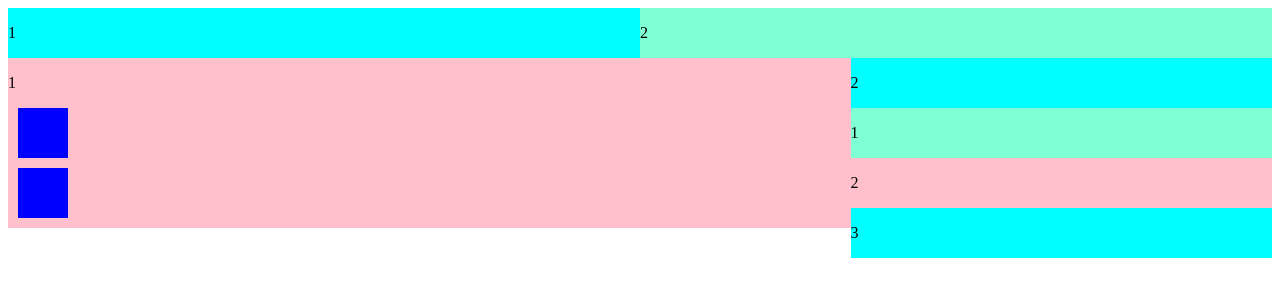
Repository: motiejus1/06-paskaita-invest
Page: dubudai.html
An editor plug-in stored every save of this project. The page is shown before and after the next save, followed by the edit.
The browser window is 1280 px wide. The pictures show the whole page.

Above is the page before, as saved 2021-06-09 20:27:32.

### dubudai.html
<!DOCTYPE html>
<html lang="en">
<head>
    <meta charset="UTF-8">
    <meta http-equiv="X-UA-Compatible" content="IE=edge">
    <meta name="viewport" content="width=device-width, initial-scale=1.0">
    <title>Document</title>
    <style>
        * {
            box-sizing: border-box;
        }

        .col-1 {
            width: 8.33%;
        }

        .col-2 {
            width: 16.66%;
        }

        .col-3 {
            width: 25%;
        }

        .col-4 {
            width: 33.33%;
        }

        .col-5 {
            width: 41.66%;
        }

        .col-6 {
            width: 50%;
        }

        .col-7 {
            width: 58.33%;
        }

        .col-8 {
            width: 66.66%;
        }

        .col-9 {
            width:75%;
        }

        .col-10 {
            width: 83.33%;
        }

        .col-11 {
            width: 91.66%;
        }

        .col-12 {
            width: 100%;
        }

        [class*="col-"] {

            float:left;
        }

        .zydra {
            background-color:aqua;
        }

        .zalsva {
            background-color: aquamarine;
        }

        .rozine {
            background-color: pink;
        }

        .kvadratelis {
            width: 50px;
            height: 50px;
            background-color: blue;
            margin: 10px;
        }
    </style>
</head>
<body>
    <div class="container">
        <div class="row">
            <div class="col-6 zydra">
                <p>1</p>
            </div>
            <div class="col-6 zalsva">
                <p>2</p>
            </div>
        </div>
        <div class="row">
            <div class="col-8 rozine">
                <p>1</p>
                <div class="kvadratelis"></div>
                <div class="kvadratelis"></div>
            </div>
            <div class="col-4 zydra">
                <p>2</p>
            </div>
        </div>
        <div class="row">
            <div class="col-4 zalsva">
                <p>1</p>
            </div>
            <div class="col-4 rozine">
                <p>2</p>
            </div>
            <div class="col-4 zydra">
                <p>3</p>
            </div>
        </div>
    </div>

</body>
</html>

After the next save:
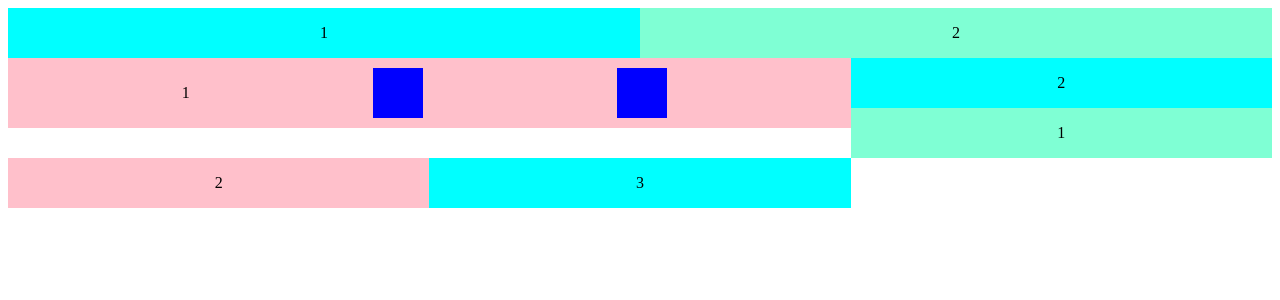
Saved 6 s later.
--- a/dubudai.html
+++ b/dubudai.html
@@ -59,7 +59,9 @@
         }
 
         [class*="col-"] {
-
+            display:flex;
+               justify-content: space-evenly;
+               align-items: center;
             float:left;
         }
 

After the 3 saves that followed:
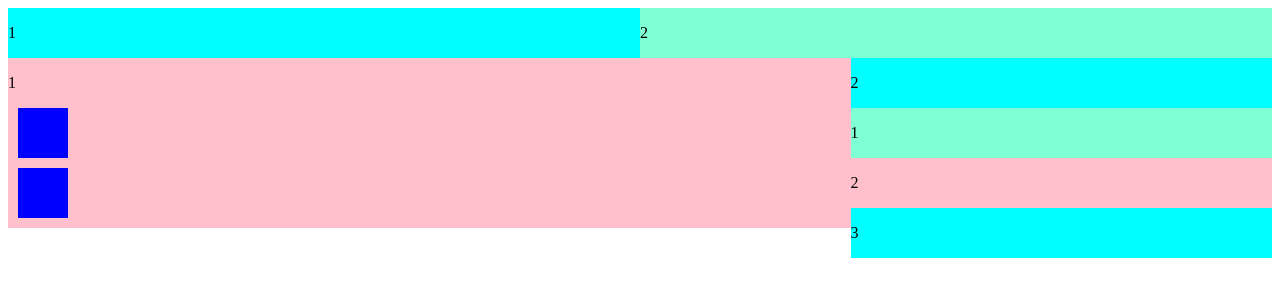
The 3 saves are shown as one change because 1 left the picture as it was and some came seconds apart.
The last was saved 82 s later.
--- a/dubudai.html
+++ b/dubudai.html
@@ -59,9 +59,9 @@
         }
 
         [class*="col-"] {
-            display:flex;
-               justify-content: space-evenly;
-               align-items: center;
+            /* display:flex; */
+            justify-content: space-evenly;
+            align-items: center;
             float:left;
         }
 
